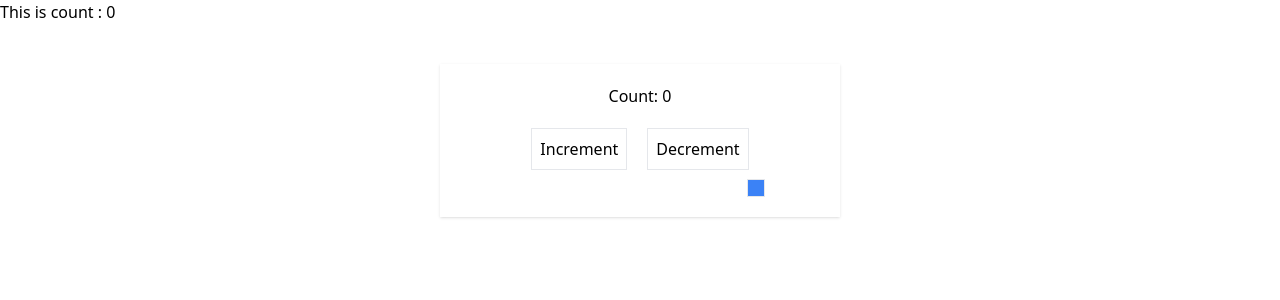
Repository: hoang0508/Learn-Redux-Evon
Page: /
An editor plug-in stored every save of this project. The page is shown before and after the next save, followed by the edit.
The browser window is 1280 px wide. The pictures show the whole page.
The project was rebuilt for these pictures with package versions that can differ from the ones it lists, and the page was loaded fresh each time. Also part of the build but not shown: src/App.css.

Above is the page before, as saved 2022-06-16 10:32:18.

### src/index.js
import React from "react";
import { createRoot } from "react-dom/client";
import App from "./App";
import reportWebVitals from "./reportWebVitals";
import "./index.css";
import { Provider } from "react-redux";
import store from "./redux/configureStore";

const container = document.getElementById("root");
const root = createRoot(container);

root.render(
  <React.StrictMode>
    <Provider store={store}>
      <App />
    </Provider>
  </React.StrictMode>
);

// If you want to start measuring performance in your app, pass a function
// to log results (for example: reportWebVitals(console.log))
// or send to an analytics endpoint. Learn more: https://bit.ly/CRA-vitals
reportWebVitals();

### src/App.js
import React, { useState } from "react";
import { useSelector } from "react-redux";
import "./App.css";
import Counter from "./components/Counter";

function App() {
  const count = useSelector((state) => state.counter.count);
  return (
    <>
      <h2>This is count : {count}</h2>
      <Counter />
    </>
  );
}

export default App;

### src/redux/configureStore.js
import { createStore, combineReducers } from "redux";
import counterReducer from "./counter";

const reducer = combineReducers({
  // key: value
  counter: counterReducer,
});

const store = createStore(reducer);
export default store;

### src/components/Counter.js
import React, { useState } from "react";
import { useDispatch, useSelector } from "react-redux";
import { decrement, increment } from "../redux/counter";

const Counter = (props) => {
  const [incrementAmount, setIncrementAmount] = useState(2);
  const count = useSelector((state) => state.counter.count);
  const dispatch = useDispatch();
  const handleIncrement = () => {
    // setCount(() => count + 1);
    dispatch(increment());
  };
  const handleDecrement = () => {
    // setCount(() => count - 1);
    dispatch(decrement());
  };
  return (
    <div className="flex flex-col items-center p-5 bg-white shadow w-[400px] mx-auto mt-10">
      <h2 className="mb-5">Count: {count}</h2>
      <div className="flex justify-center items-center gap-x-5">
        <button
          className="inline-block border-gray-200 p-2 border"
          onClick={handleIncrement}
        >
          Increment
        </button>
        <button
          className="inline-block border-gray-200 p-2 border"
          onClick={handleDecrement}
        >
          Decrement
        </button>
      </div>
      <div>
        <input
          type="text"
          onChange={(e) => setIncrementAmount(e.target.value)}
        />
        <button className="inline-block border-gray-200 p-2 border bg-blue-500 text-white"></button>
      </div>
    </div>
  );
};

export default Counter;

### src/redux/counter.js
const INCREMENT = "increment";
const DECREMENT = "decrement";

const initialState = {
  count: 0,
};

export const increment = () => ({
  type: INCREMENT,
});

export const decrement = () => ({
  type: DECREMENT,
});

function counterReducer(state = initialState, action) {
  switch (action.type) {
    case INCREMENT:
      return {
        ...state,
        count: state.count + 1,
      };

    case DECREMENT:
      return {
        ...state,
        count: state.count - 1,
      };

    default:
      return state;
  }
}

export default counterReducer;

Loaded but not shown: public/index.html (common file); src/reportWebVitals.js (common file); src/index.css (common file); tailwind.config.js (common file)

After the next save:
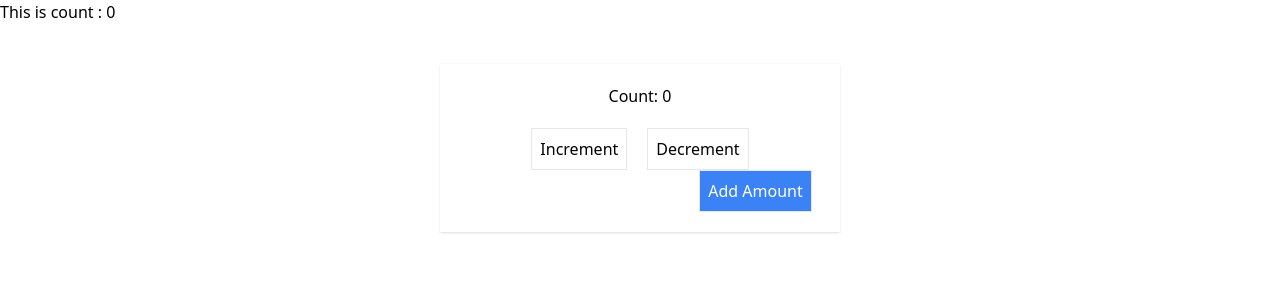
Saved 24 s later.
--- a/src/components/Counter.js
+++ b/src/components/Counter.js
@@ -36,7 +36,9 @@ const Counter = (props) => {
           type="text"
           onChange={(e) => setIncrementAmount(e.target.value)}
         />
-        <button className="inline-block border-gray-200 p-2 border bg-blue-500 text-white"></button>
+        <button className="inline-block border-gray-200 p-2 border bg-blue-500 text-white">
+          Add Amount
+        </button>
       </div>
     </div>
   );
